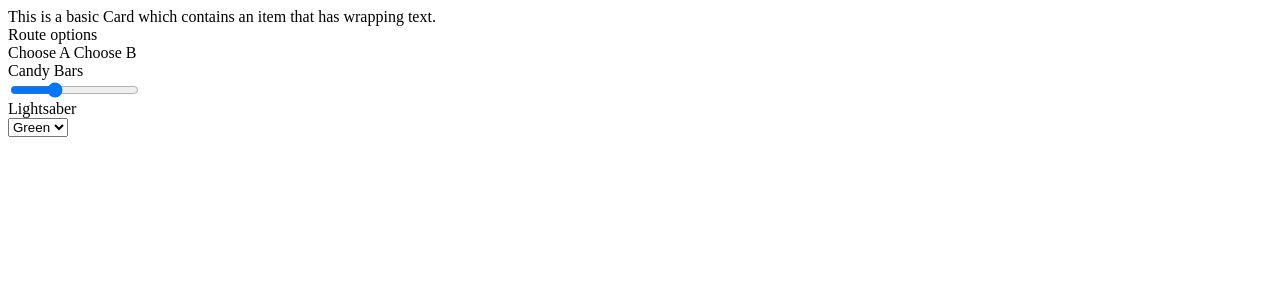
Repository: geof379/phoenix
Page: www/templates/setting.html
The author's editor kept a copy of each file at every save. The page is drawn from the files as they stood at one save, then again after the next save.
The browser window is 1280 px wide. The pictures show the whole page.

Above is the page before, as saved 2017-04-17 15:56:26.

### www/templates/setting.html
<ion-view view-title="Settings" ng-controller="AppCtrl">
    <ion-content>

        <div class=" card ">
            <div class="item">
                This is a basic Card which contains an item that has wrapping text.
            </div>
        </div>

        <div class="list">

            <div class="item item-divider"> Route options </div>
            <ion-list>
                <ion-radio ng-model="choice" ng-value="'A'">Choose A</ion-radio>
                <ion-radio ng-model="choice" ng-value="'B'">Choose B</ion-radio>
            </ion-list>
            <div class="item item-divider"> Candy Bars </div>
            <div class="item range">
                <i class="icon ion-ios-sunny-outline"></i>
                <input type="range" name="volume" min="0" max="100" value="33">
                <i class="icon ion-ios-sunny"></i>
            </div>
            <label class="item item-input item-select">
    <div class="input-label">
      Lightsaber
    </div>
    <select>
      <option>Blue</option>
      <option selected>Green</option>
      <option>Red</option>
    </select>
  </label>
    </ion-content>
</ion-view>

After the next save:
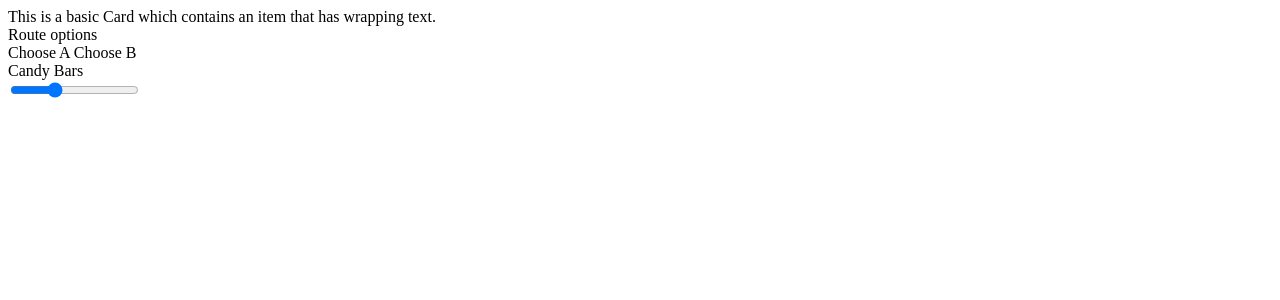
Saved 26 s later.
--- a/www/templates/setting.html
+++ b/www/templates/setting.html
@@ -20,15 +20,6 @@
                 <input type="range" name="volume" min="0" max="100" value="33">
                 <i class="icon ion-ios-sunny"></i>
             </div>
-            <label class="item item-input item-select">
-    <div class="input-label">
-      Lightsaber
-    </div>
-    <select>
-      <option>Blue</option>
-      <option selected>Green</option>
-      <option>Red</option>
-    </select>
-  </label>
+
     </ion-content>
 </ion-view>
